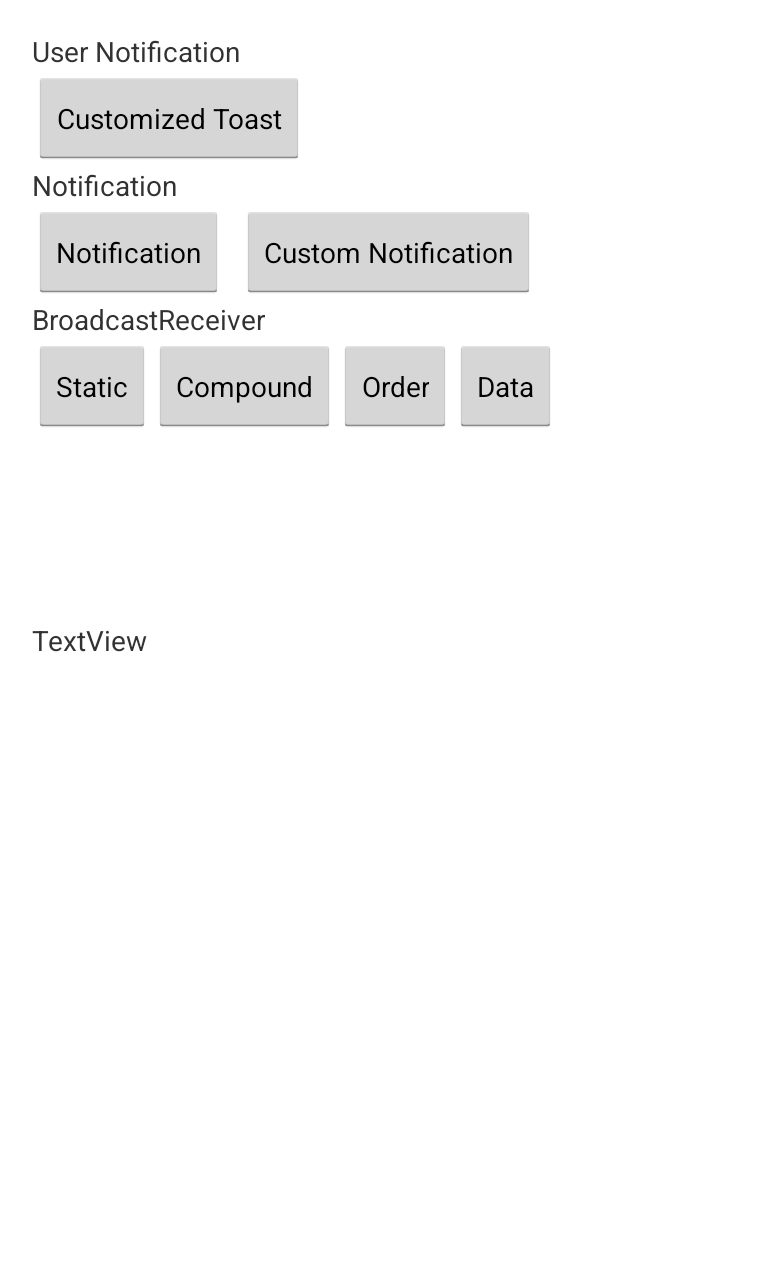
Repository: Amir13/Android_Basic_Steps
Layout: ViewElements2/res/layout/activity_main.xml
An editor plug-in stored every save of this project. The layout is shown before and after the next save, followed by the edit.
It is drawn on a 768 x 1280 px phone screen (xhdpi) without system bars, with theme AppTheme; the app's code is not run.

Above is the layout before, as saved 2014-05-31 04:01:06.

### ViewElements2/res/layout/activity_main.xml
<RelativeLayout xmlns:android="http://schemas.android.com/apk/res/android"
    xmlns:tools="http://schemas.android.com/tools"
    android:layout_width="match_parent"
    android:layout_height="match_parent"
    android:paddingBottom="@dimen/activity_vertical_margin"
    android:paddingLeft="@dimen/activity_horizontal_margin"
    android:paddingRight="@dimen/activity_horizontal_margin"
    android:paddingTop="@dimen/activity_vertical_margin"
    tools:context=".MainActivity" >

    <TextView
        android:id="@+id/textView1"
        android:layout_width="wrap_content"
        android:layout_height="wrap_content"
        android:text="@string/user_notification" />

    <Button
        android:id="@+id/buttonToast"
        style="?android:attr/buttonStyleSmall"
        android:layout_width="wrap_content"
        android:layout_height="wrap_content"
        android:layout_alignLeft="@+id/textView1"
        android:layout_below="@+id/textView1"
        android:text="@string/customized_toast" />

    <Button
        android:id="@+id/buttonNotification"
        style="?android:attr/buttonStyleSmall"
        android:layout_width="wrap_content"
        android:layout_height="wrap_content"
        android:layout_alignLeft="@+id/textView2"
        android:layout_below="@+id/textView2"
        android:text="@string/notification" />

    <Button
        android:id="@+id/buttonCustomNotification"
        style="?android:attr/buttonStyleSmall"
        android:layout_width="wrap_content"
        android:layout_height="wrap_content"
        android:layout_alignBaseline="@+id/buttonNotification"
        android:layout_alignBottom="@+id/buttonNotification"
        android:layout_toRightOf="@+id/textView1"
        android:text="@string/custom_notification" />

    <Button
        android:id="@+id/buttonBroadcastSingle"
        style="?android:attr/buttonStyleSmall"
        android:layout_width="wrap_content"
        android:layout_height="wrap_content"
        android:layout_alignLeft="@+id/textView3"
        android:layout_below="@+id/textView3"
        android:text="@string/broadcast_static" />

    <TextView
        android:id="@+id/textView3"
        android:layout_width="wrap_content"
        android:layout_height="wrap_content"
        android:layout_alignLeft="@+id/buttonNotification"
        android:layout_below="@+id/buttonNotification"
        android:text="@string/broadcast" />

    <TextView
        android:id="@+id/textView2"
        android:layout_width="wrap_content"
        android:layout_height="wrap_content"
        android:layout_alignLeft="@+id/buttonToast"
        android:layout_below="@+id/buttonToast"
        android:text="@string/notification" />

    <Button
        android:id="@+id/buttonBrOrder"
        style="?android:attr/buttonStyleSmall"
        android:layout_width="wrap_content"
        android:layout_height="wrap_content"
        android:layout_alignBaseline="@+id/buttonBroadcastSingle"
        android:layout_alignBottom="@+id/buttonBroadcastSingle"
        android:layout_toRightOf="@+id/buttonBroadcastSingle"
        android:text="@string/buttonBrCompound" />

    <Button
        android:id="@+id/buttonBrCompoundOrder"
        style="?android:attr/buttonStyleSmall"
        android:layout_width="wrap_content"
        android:layout_height="wrap_content"
        android:layout_alignBaseline="@+id/buttonBrOrder"
        android:layout_alignBottom="@+id/buttonBrOrder"
        android:layout_toRightOf="@+id/buttonBrOrder"
        android:text="@string/buttonBrOrder" />

    <Button
        android:id="@+id/buttonBrCollectData"
        style="?android:attr/buttonStyleSmall"
        android:layout_width="wrap_content"
        android:layout_height="wrap_content"
        android:layout_alignBaseline="@+id/buttonBrCompoundOrder"
        android:layout_alignBottom="@+id/buttonBrCompoundOrder"
        android:layout_toRightOf="@+id/buttonBrCompoundOrder"
        android:text="@string/buttonBrData" />

    <TextView
        android:id="@+id/textViewBr"
        android:layout_width="wrap_content"
        android:layout_height="wrap_content"
        android:layout_alignLeft="@+id/buttonBroadcastSingle"
        android:layout_alignRight="@+id/buttonCustomNotification"
        android:layout_centerVertical="true"
        android:text="TextView" />

</RelativeLayout>

### ViewElements2/res/values/strings.xml
<?xml version="1.0" encoding="utf-8"?>
<resources>

    <string name="app_name">ViewElements</string>
    <string name="action_settings">Settings</string>
    <string name="user_notification">User Notification</string>
    <string name="customized_toast">Customized Toast</string>
    <string name="message">This is a Layout used for customized a Toast and Notification</string>
    <string name="notification">Notification</string>
    <string name="title_activity_notification_second">NotificationSecondActivity</string>
    <string name="notification_second_activity">This second activity was invoked from the notification bar.</string>
    <string name="custom_notification">Custom Notification</string>
    <string name="broadcast">BroadcastReceiver</string>
    <string name="broadcast_static">Static</string>
    <string name="buttonBrCompound">Compound</string>
    <string name="buttonBrOrder">Order</string>
    <string name="buttonBrData">Data</string>
    <string name="title_activity_simple_thread">SimpleThreadActivity</string>
    <string name="hello_world">Hello world!</string>
    <string name="thread">Thread</string>
    <string name="thread_simple">Simple</string>

</resources>

Loaded but not shown: ViewElements2/res/values/styles.xml (common file); ViewElements2/res/values-v11/styles.xml (common file); ViewElements2/res/values-v14/styles.xml (common file); ViewElements2/res/values/dimens.xml (common file)

After the next save:
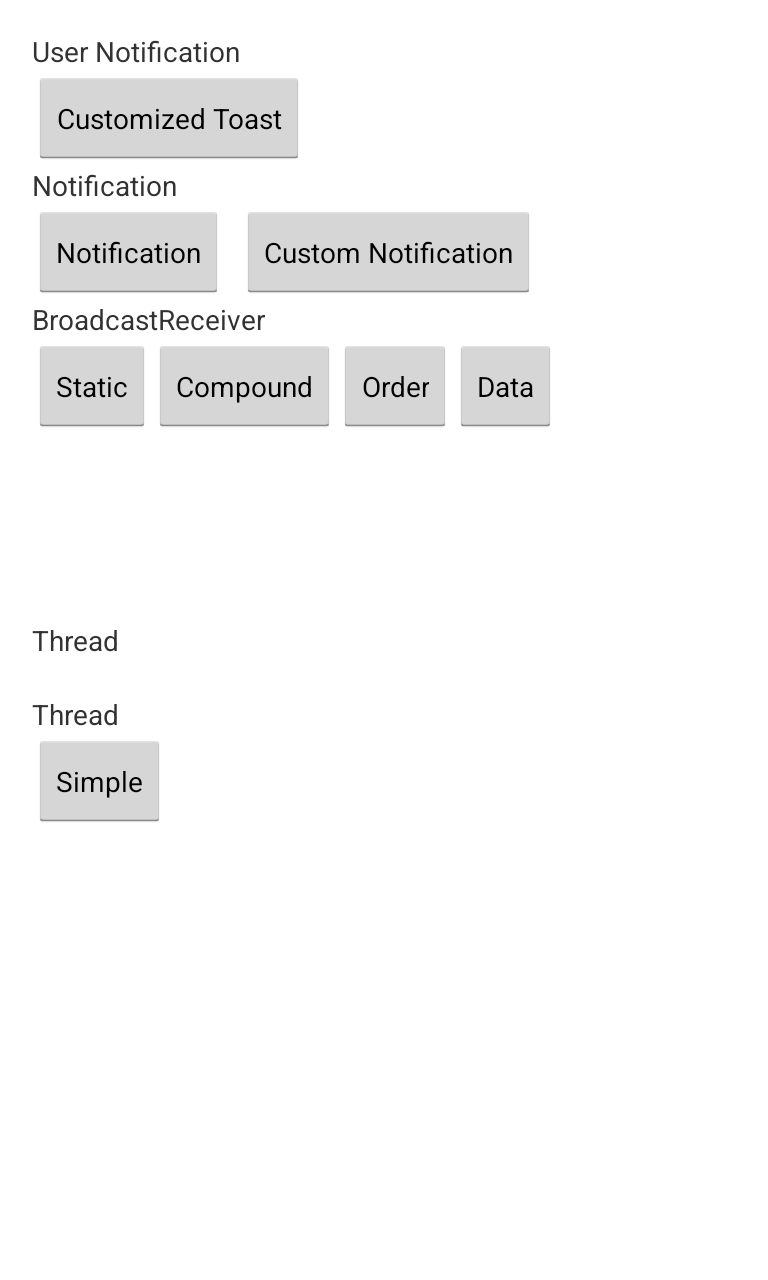
Saved 2 s later.
--- a/ViewElements2/res/layout/activity_main.xml
+++ b/ViewElements2/res/layout/activity_main.xml
@@ -104,6 +104,24 @@
         android:layout_alignLeft="@+id/buttonBroadcastSingle"
         android:layout_alignRight="@+id/buttonCustomNotification"
         android:layout_centerVertical="true"
-        android:text="TextView" />
+        android:text="@string/thread" />
+
+    <TextView
+        android:id="@+id/textView4"
+        android:layout_width="wrap_content"
+        android:layout_height="wrap_content"
+        android:layout_alignLeft="@+id/textViewBr"
+        android:layout_below="@+id/textViewBr"
+        android:layout_marginTop="18dp"
+        android:text="@string/thread" />
+
+    <Button
+        android:id="@+id/button1"
+        style="?android:attr/buttonStyleSmall"
+        android:layout_width="wrap_content"
+        android:layout_height="wrap_content"
+        android:layout_alignLeft="@+id/textView4"
+        android:layout_below="@+id/textView4"
+        android:text="@string/thread_simple" />
 
 </RelativeLayout>
